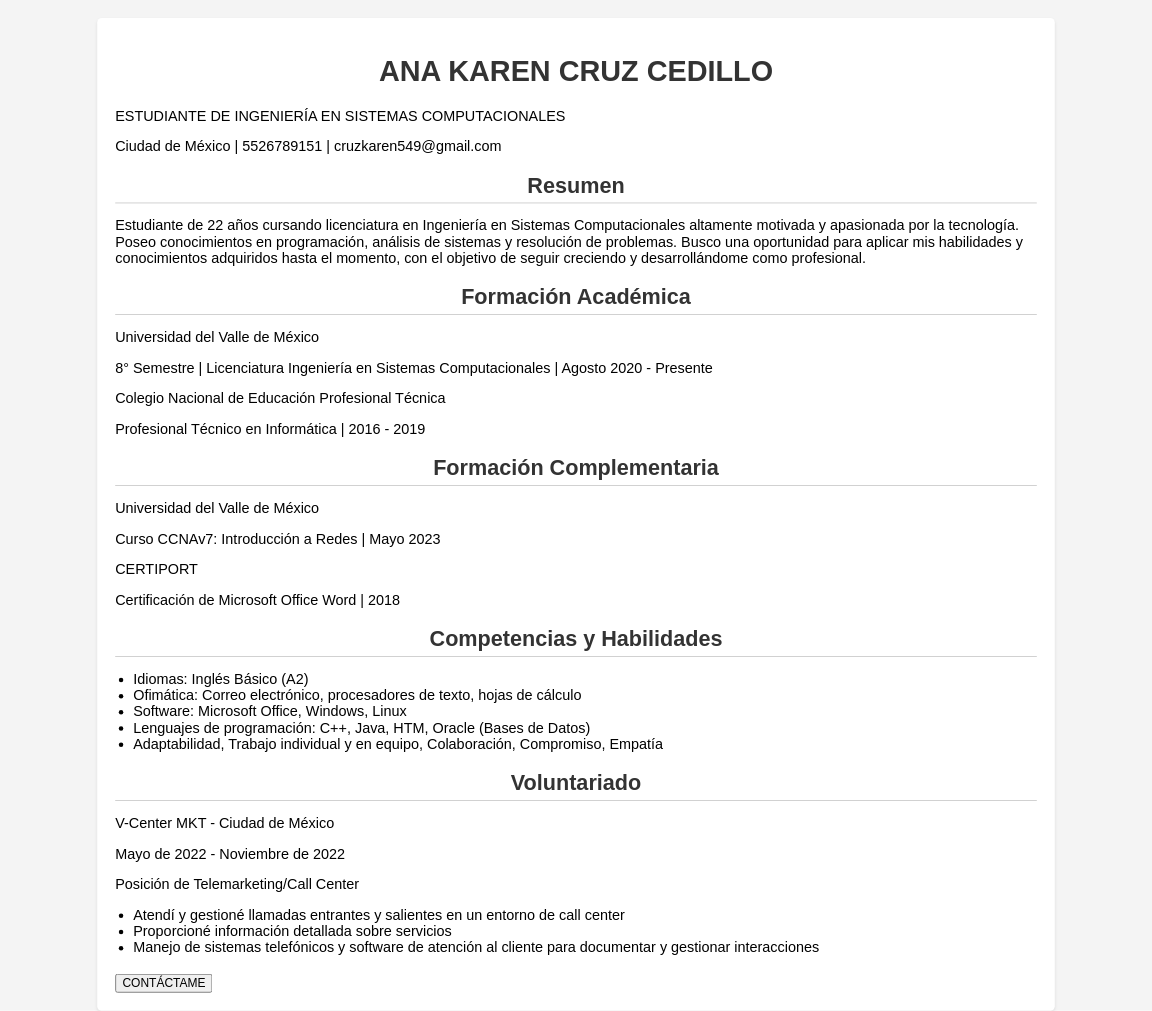
Repository: UVMCoyoacan/InnovaWeb
Page: indexcvkaren.html
An editor plug-in stored every save of this project. The page is shown before and after the next save, followed by the edit.
The browser window is 1280 px wide. The pictures show the whole page, at 90% of full size.

Above is the page before, as saved 2024-03-01 10:18:45.

After the next save:
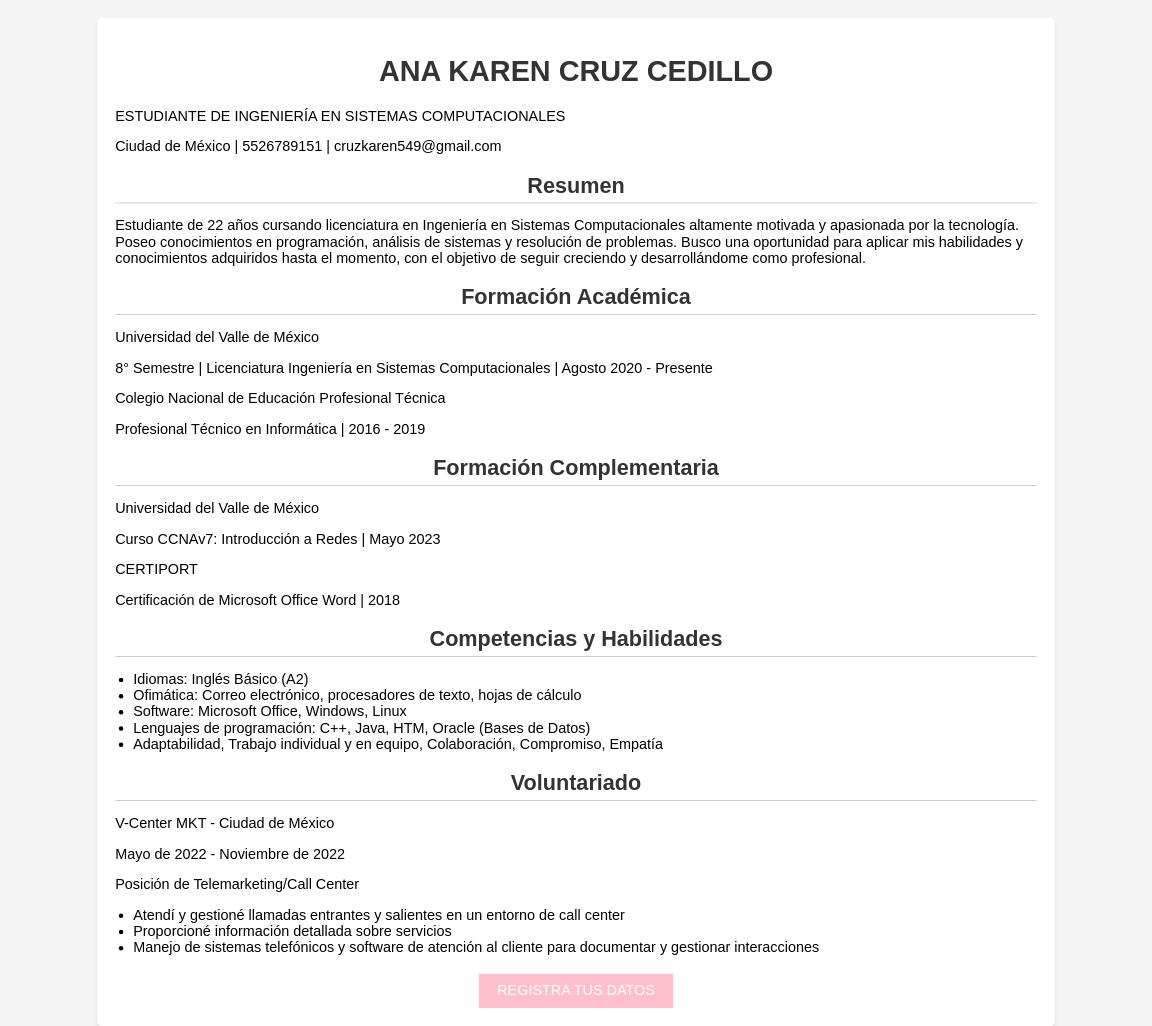
Saved 2 min 37 s later.
--- a/indexcvkaren.html
+++ b/indexcvkaren.html
@@ -60,7 +60,30 @@
                 window.location.href = "indexformu.html";
             }
         </script>
-        <button onclick="irAFormulario()">CONTÁCTAME</button>
+            <style>
+                button {
+                    display: block;
+                    margin: 0 auto;
+                    background-color: pink;
+                    border: none;
+                    color: white;
+                    padding: 10px 20px;
+                    font-size: 16px;
+                    cursor: pointer;
+                }
+            </style>
+        </head>
+        <body>
+            <button onclick="irAFormulario()">REGISTRA TUS DATOS </button>
+
+            <script>
+                function irAFormulario() {
+                    // Aquí puedes agregar el código para redirigir al usuario al formulario de contacto
+                    alert("Redirigiendo al formulario de contacto...");
+                }
+            </script>
+        </body>
+        </html>
 
     </div>
 </body>
